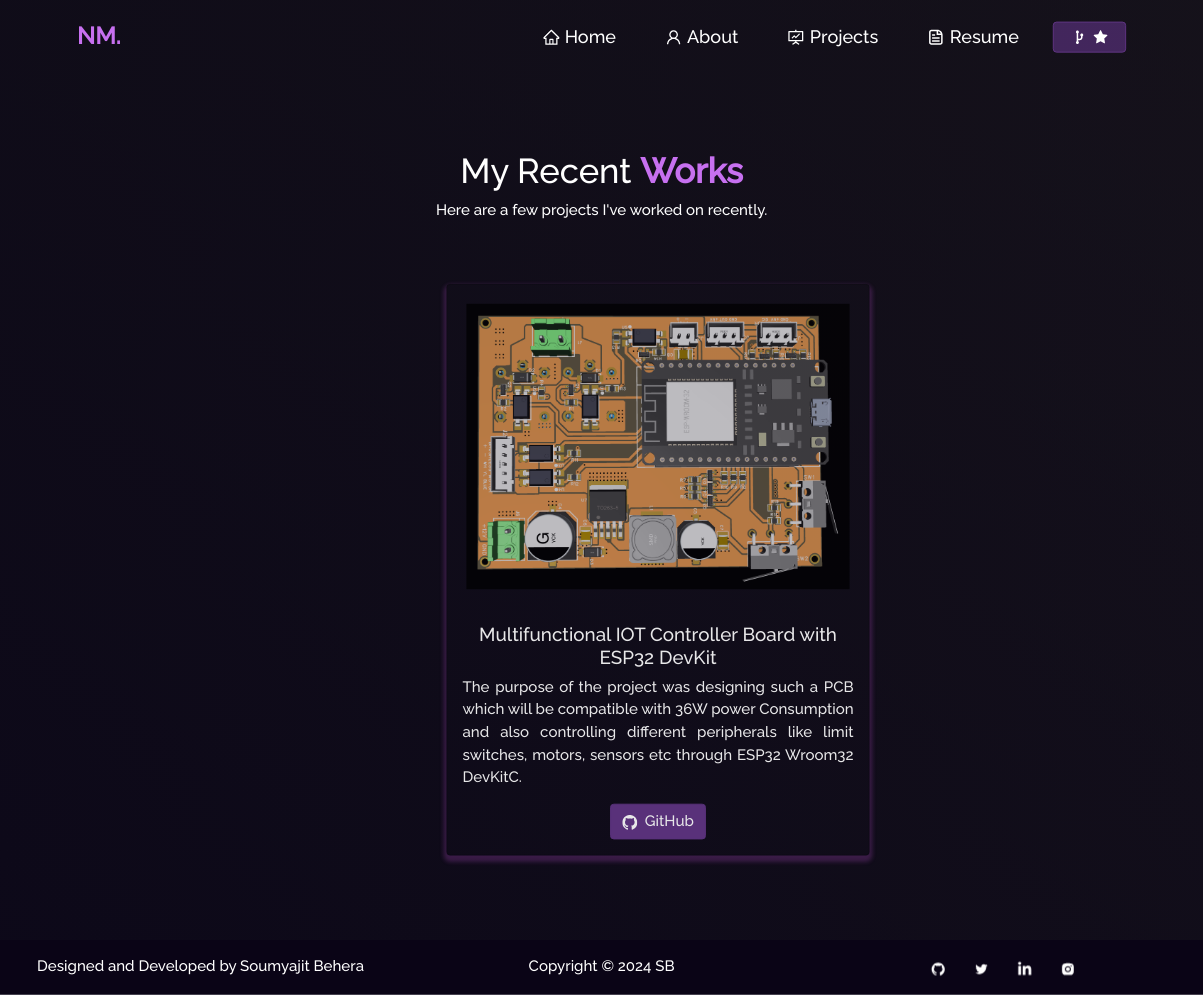
Repository: nenadMarkorvic/personal-website
Page: /project
An editor plug-in stored every save of this project. The page is shown before and after the next save, followed by the edit.
The browser window is 1280 px wide. The pictures show the whole page, at 94% of full size.
The project was rebuilt for these pictures with package versions that can differ from the ones it lists, and the page was loaded fresh each time. Also part of the build but not shown: src/components/Home/Home2.js, src/components/Home/Type.js, src/components/Home/Home.js, src/components/About/Github.js, src/components/About/AboutCard.js, src/components/About/Toolstack.js, src/components/About/About.js, src/components/Resume/ResumeNew.js. Imported but missing from the stored project, and not drawn on this page: src/Assets/Nenad Markovic_pcb.pdf.

Above is the page before, as saved 2024-08-29 10:50:48.

After the next save:
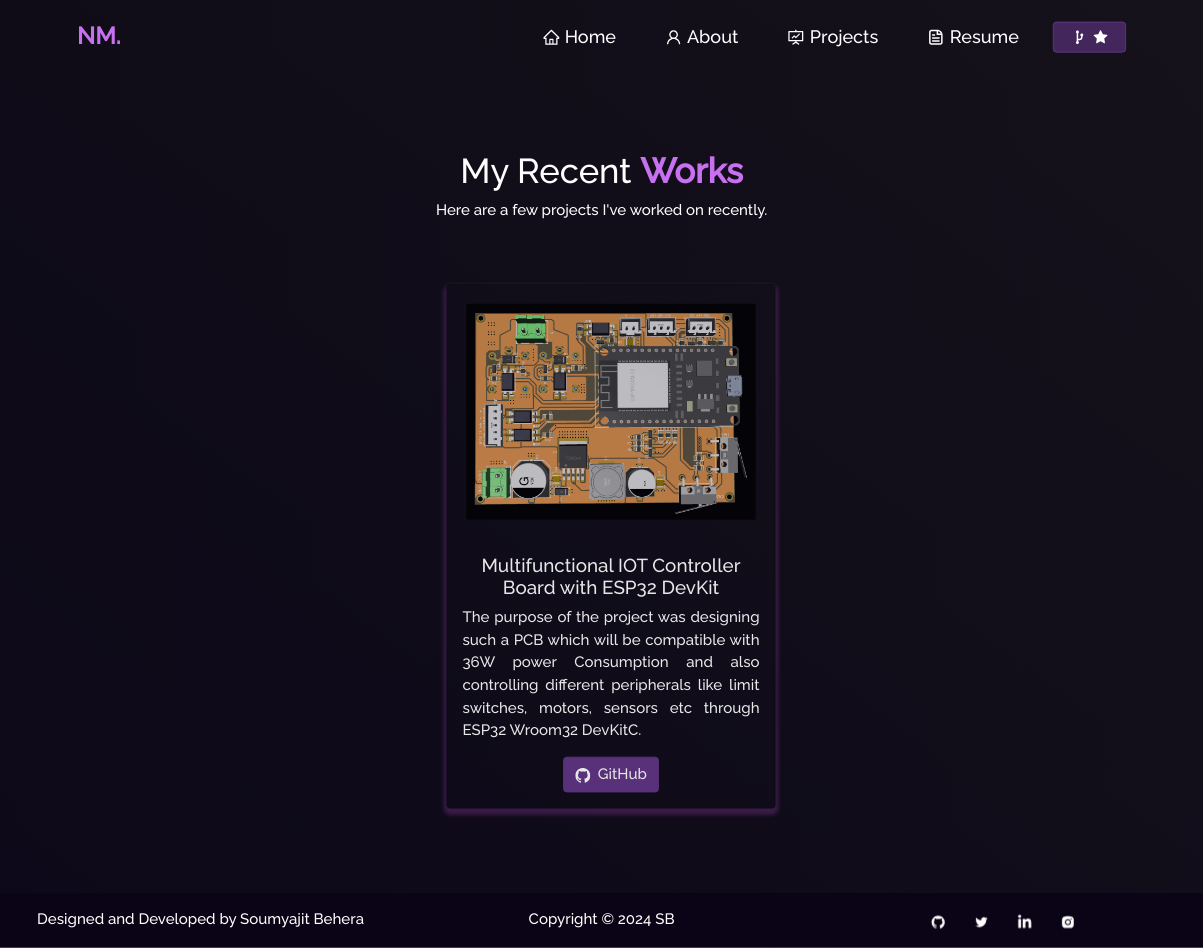
Saved 4 s later.
--- a/src/components/Projects/ProjectCards.js
+++ b/src/components/Projects/ProjectCards.js
@@ -6,7 +6,7 @@
 
 function ProjectCards(props) {
   return (
-    <Card className="project-card-view" style={{ width: '450px' }}>
+    <Card className="project-card-view" style={{ width: '350px' }}>
       <Card.Img variant="top" src={props.imgPath} alt="card-img" />
       <Card.Body>
         <Card.Title>{props.title}</Card.Title>
